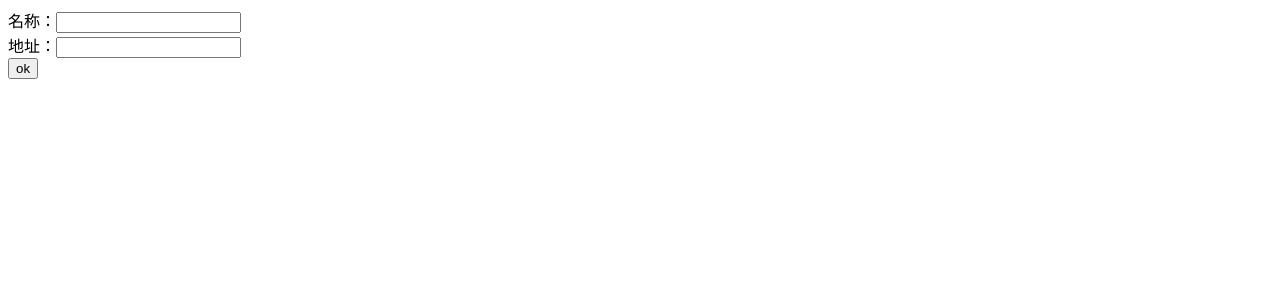
Repository: yangdaipeng1/first-composition
Page: http://localhost/scm32/
An editor plug-in stored every save of this project. The page is shown before and after the next save, followed by the edit.
The browser window is 1280 px wide. The pictures show the whole page.
The page is served by Tomcat 9.

Above is the page before, as saved 2019-08-04 13:22:34.

After the next save:
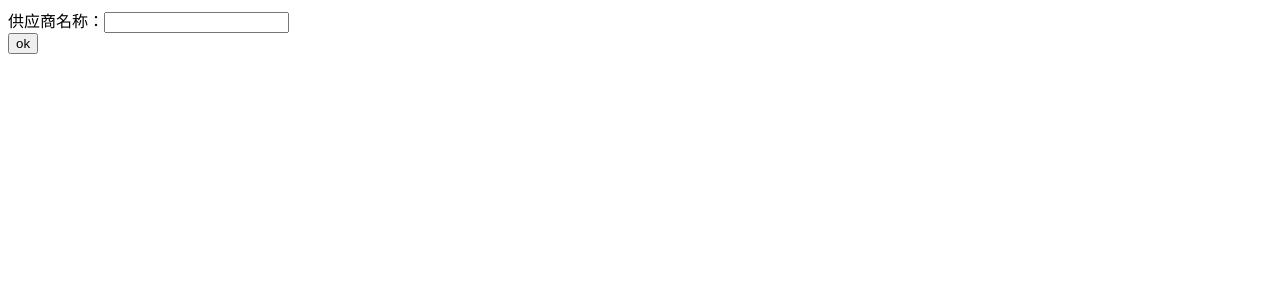
Saved 97 s later.
--- a/scm32/WebRoot/index.jsp
+++ b/scm32/WebRoot/index.jsp
@@ -3,9 +3,8 @@
 <head>
 </head>
 <body>
-	<form action="dept/insert.action" method="post">
-		名称：<input type="text"	name="deptName"><br>
-		地址：<input type="text" name="deptAddress"><br>
+	<form action="supplier/insert.action" method="post">
+		供应商名称：<input type="text"	name="supName"><br>
 		<input type="submit" value="ok">
 	</form>
 </body>
